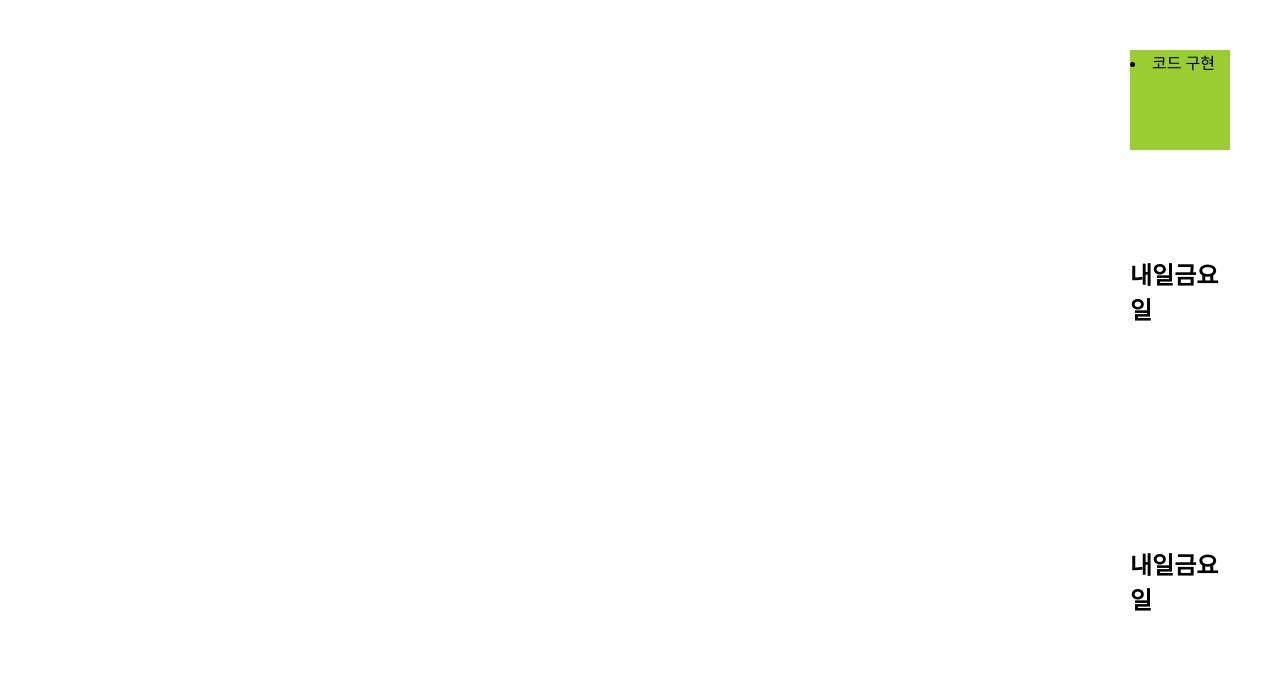
Repository: buildadoor/eclipse
Page: frontWeb/src/main/webapp/z01_homework/a09_221110.html
These files come from the project's save history. The page is drawn as it stood at one moment and after the next save; the edit follows.
The browser window is 1280 px wide. The pictures show the whole page.

Above is the page before, as saved 2022-11-10 08:27:19.

After the next save:
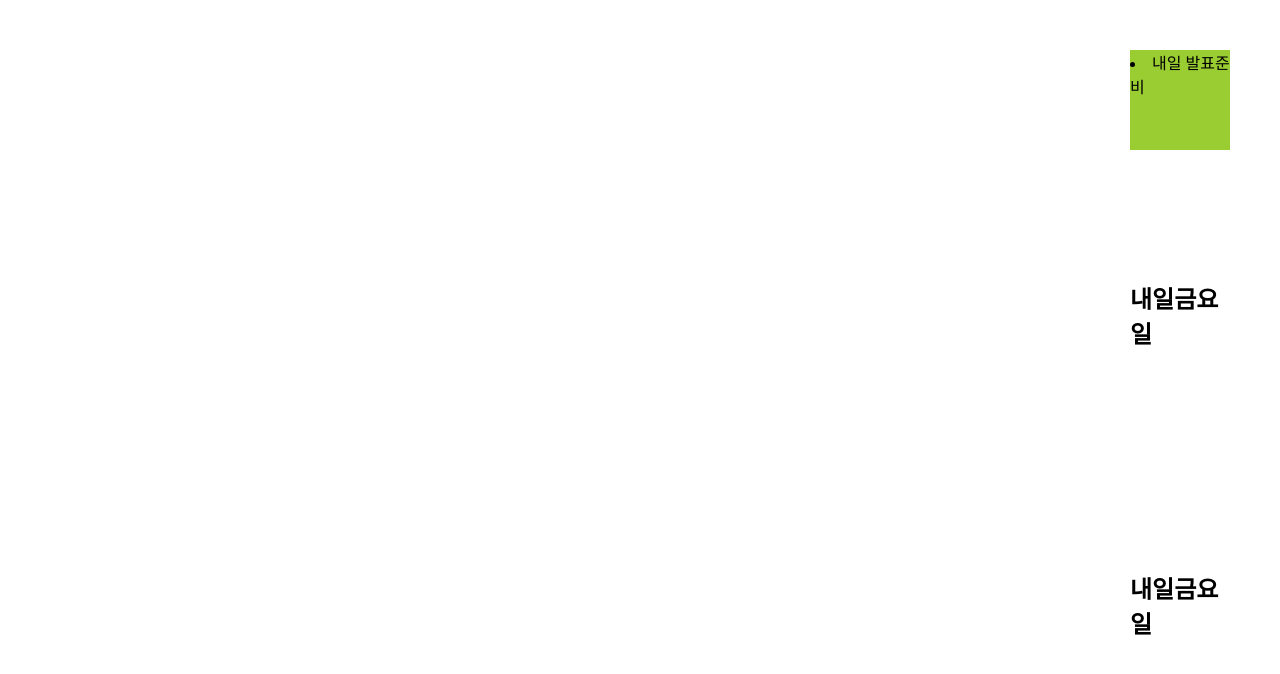
Saved 11 s later.
--- a/frontWeb/src/main/webapp/z01_homework/a09_221110.html
+++ b/frontWeb/src/main/webapp/z01_homework/a09_221110.html
@@ -30,8 +30,7 @@
 
 	</style>
 	<li class="cls1">내일 발표준비
-	<li class="cls1">PPT 수정
-	<li class="cls1">코드 구현
+
 	<br><br><br><br><br><br><br><br><br><br><h2>내일금요일</h2>
 	<br><br><br><br><br><br><br><br><br><br><h2>내일금요일</h2>
 	<br><br><br><br><br><br><br><br><br><br><h2>내일금요일</h2>
